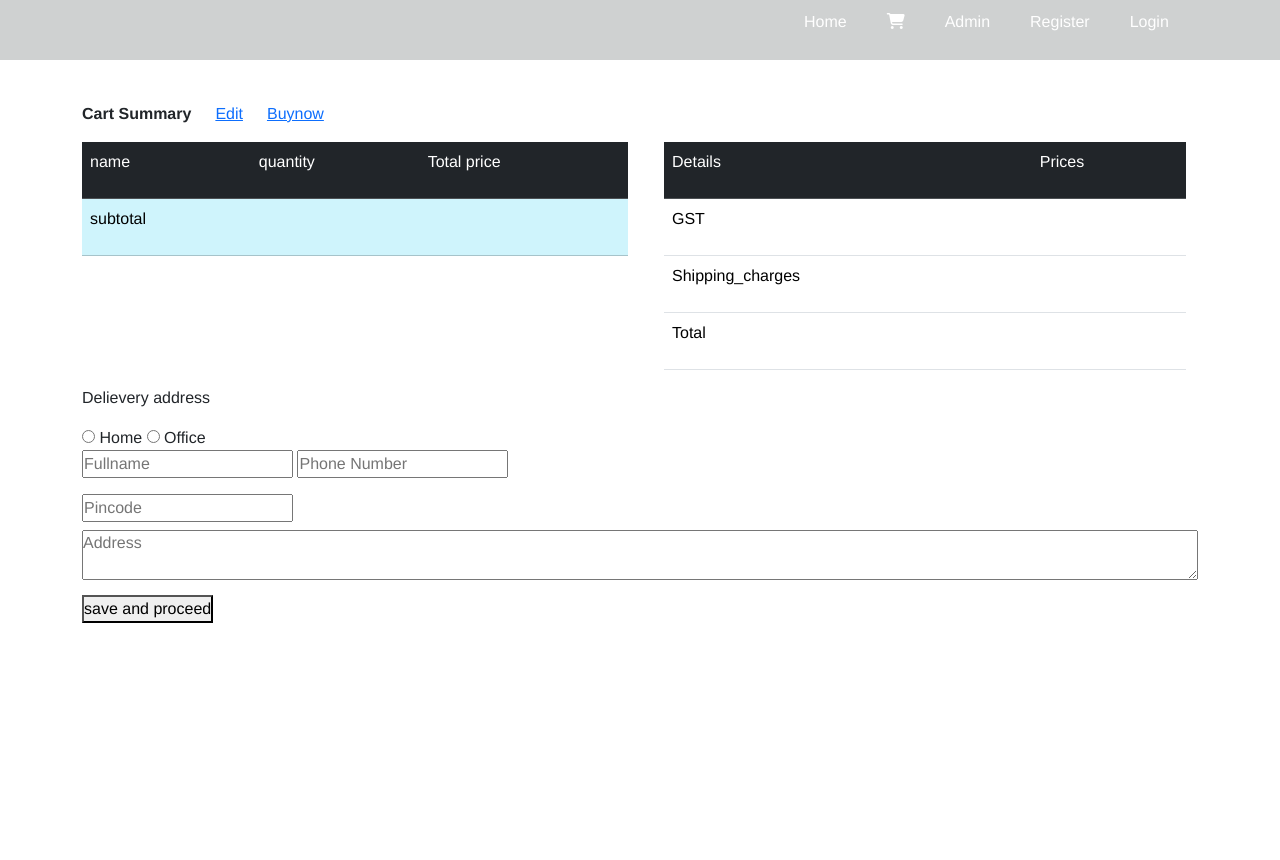
Repository: nagarjunau-dev/Brand
Page: project/login/templates/checkout.html
An editor plug-in stored every save of this project. The page is shown before and after a run of saves, followed by the edit.
The browser window is 1280 px wide. The pictures show the whole page.
The template is drawn by Django 5.2. The application's start-up code is not run. Other server files are loaded and not shown. The template is opened directly, without the code that normally fills it, so the values that code supplies are empty.

Above is the page before, as saved 2025-06-17 17:18:35.
Console error: TypeError: Cannot set properties of null (setting 'onclick')

### project/login/templates/checkout.html
{% extends "main.html" %}
{% load static %}
{% block content %}
<div class="container" style="height:100vh;margin:70px 0;">
    <div class="row mt-4">
        <div class="col mt-2">
            <div class="d-flex ">
            <p><b>Cart Summary</b></p>
            <a class='px-4'href="{% url "cart" %}">Edit</a>
            <a href="{% url "buynow" %}">Buynow</a>
            </div>
            <table class="table">
                <tr class="table-dark">
                    <td><p>name</p></td>
                    <td><p>quantity</p></td>
                    <td><p>Total price</p></td>
                </tr>
            {% for product in cart_products  %}
                <tr>
                    <td><p>{{product.name}}</p></td>
                    <td><p>{{product.quantity}}</p></td>
                    <td><p>{{product.total_price}}</p></td>
                </tr>
            {% endfor %}
            <tfoot class="table-info">
                <td><p>subtotal</p></td>
                <td><p>{{total_quantity}}</p></td>
                <td><p>{{product_total}}</p></td>
            </tfoot>
            </table>
        </div>
        <div class="col">
            <div class="container-fluid mt-5">
                <table class="table table-responsive ">
                    <tr class="table-dark">
                        <td><p>Details</p></td>
                        <td><p>Prices</p></td>
                    </tr>
                    {% for i in cart_products  %}
                        <tr>
                            <td><p>{{i.gst}}</p></td>
                            <td><p>{{i.total}}</p></td>
                        </tr>
                    {% endfor %}
                        <tr>
                            <td><p>GST</p></td>
                            <td><p>{{gst_amt|floatformat:2}}</p></td>
                        </tr>
                        <tr>
                            <td><p>Shipping_charges</p></td>
                            <td><p>{{shipping_charges}}</p></td>
                        </tr>
                        <tr>
                            <td><p>Total</p></td>
                            <td><p>{{total_price|floatformat:2}}</p></td>
                        </tr>
                </table>
            </div>
        </div>
    </div>
    <div class="col">
            <p>Delievery address</p>
            <form method="POST" class='form'>
                <label>
                    <input type="radio" name="home" value="home" onclick="showFields('home')"> Home
                </label>
                <label>
                    <input type="radio" name="office" value="office" onclick="showFields('office')"> Office
                </label>
                <div class="mb-2" style="width:100%">
                    <input  id="homefield" class="mb-2" type="text" placeholder="Fullname" name="fullname">
                    <input id="homefield" type="tel" pattern="[6-9] {1} [0-9] {9}"placeholder="Phone Number" name="number">
                </div>
                <div class="mb-2">
                    <input  type="pin" placeholder="Pincode" name="pincode">
                </div>
                <div class="mb-2" style="width:100%">
                    <textarea style="width:100%" name="address" placeholder="Address"></textarea>
                </div>
                <div>
                    <button type="submit">save and proceed</button>
                </div>
            </form>
    </div>
</div>
{% endblock content %}

### project/templates/main.html
{% load static %}

<!DOCTYPE html>
<html lang="en">
<head>
    <meta charset="UTF-8">
    <meta name="viewport" content="width=device-width, initial-scale=1.0">
    <title>Login</title>
    {% comment %} <link rel="stylesheet" href="{% static "css/style.css" %}">
    <link rel="stylesheet" href="{% static "css/reg.css" %}">  {% endcomment %}
    <link rel="stylesheet" href="{% static "css/nav.css" %}">
    <link rel="stylesheet" href="https://cdnjs.cloudflare.com/ajax/libs/font-awesome/6.7.2/css/all.min.css" integrity="sha512-Evv84Mr4kqVGRNSgIGL/F/aIDqQb7xQ2vcrdIwxfjThSH8CSR7PBEakCr51Ck+w+/U6swU2Im1vVX0SVk9ABhg==" crossorigin="anonymous" referrerpolicy="no-referrer" />
    <link href="https://cdn.jsdelivr.net/npm/bootstrap@5.3.6/dist/css/bootstrap.min.css" rel="stylesheet" integrity="sha384-4Q6Gf2aSP4eDXB8Miphtr37CMZZQ5oXLH2yaXMJ2w8e2ZtHTl7GptT4jmndRuHDT" crossorigin="anonymous">
    {% block extra_css %}{% endblock extra_css %}
    {% block title %}
    <title>Shopping mart 24/7 -home</title>
    {% endblock title %}
</head>
<body>
    {% include "navbar.html" %}
    {% block content %}

    {% endblock content %}
    <script src="https://cdn.jsdelivr.net/npm/bootstrap@5.3.6/dist/js/bootstrap.min.js"></script>
    <script src="{% static "js/script.js" %}"></script>

</body>
</html>

### project/templates/navbar.html
{% load static %}

<nav>
    <div class="container">
        <ul class="nav-links">
            <li><a href="{% url "home" %}">Home</a></li>
            <li><a href="{% url "cart" %}"><i class="fa-solid fa-cart-shopping"></i><sup>{{count}}</sup></a></li>
            <li><a href="{% url "admin" %}">Admin</a></li>
            {% if request.user.is_authenticated %}
                <li><a id="logout" href="{% url "logout" %}">logout</a></li>
                <li><a id="logout" href="{% url "profile" %}"><i class="fa-solid fa-user" style='class:black'></i></a></li>

            {% else %}
            <li><a  href="{% url "register" %}">Register</a></li>
            <li><a href="{% url "login" %}">Login</a></li>
            {% endif %}
        </ul>
    </div>
</nav>

### project/static/css/nav.css
*{
    margin: 0;
    padding: 0;
    box-sizing: border-box;
    font-family:'Franklin Gothic Medium', 'Arial Narrow', Arial, sans-serif;
}

body{
    display: flex;
    justify-content: center;
    align-items: center;
    min-height: 100vh;
    background:whitesmoke;
}
nav {
    display: flex;
    background-color: rgba(160,164,164,0.5);
    align-items: center;
    padding: 10px 20px 10px 0px;
    position: fixed;
    top: 0px;
    width: 100%;
}
.container {
    width: 10rem;
    margin-left: 30px;
}
.nav-links{
    display: flex;
    list-style-type: none;
    margin-left: 700px;
    gap: 40px;
}
.nav-links a{
    text-decoration: none;
    color: white;
}

### project/static/js/script.js
let logoutbtn = document.getElementById('logout')
logoutbtn.onclick = (e)=>{
    let bool = confirm('Are u sure?')
    if(!bool){
        e.preventDefault()
    }
}

let cartdelbtn = document.getElementsByClassName('dele-btn')
for (let i of cartdelbtn) {
    i.onclick = (e) =>{
        let bool = confirm('delete a product ?')
        if(!bool){
            e.preventDefault()
        }
    }

}

function showFields() {
    const selected = document.getElementById('paymentMethod').value;

    // Hide all sections first
    document.getElementById('creditFields').style.display = 'none';
    document.getElementById('paypalFields').style.display = 'none';
    document.getElementById('upiFields').style.display = 'none';

    // Show selected one
    if (selected === 'credit') {
        document.getElementById('creditFields').style.display = 'block';
    } else if (selected === 'paypal') {
        document.getElementById('paypalFields').style.display = 'block';
    } else if (selected === 'upi') {
        document.getElementById('upiFields').style.display = 'block';
    }
}

function showFields(method) {
    // Hide all fields first
    document.getElementById('homefield').style.display = 'none';
    document.getElementById('officefield').style.display = 'none';

    // Show selected method's fields
    if (method === 'home') {
        document.getElementById('homefield').style.display = 'block';
    } else if (method === 'office') {
        document.getElementById('officefield').style.display = 'block';
    }
}

After the next 2 saves:
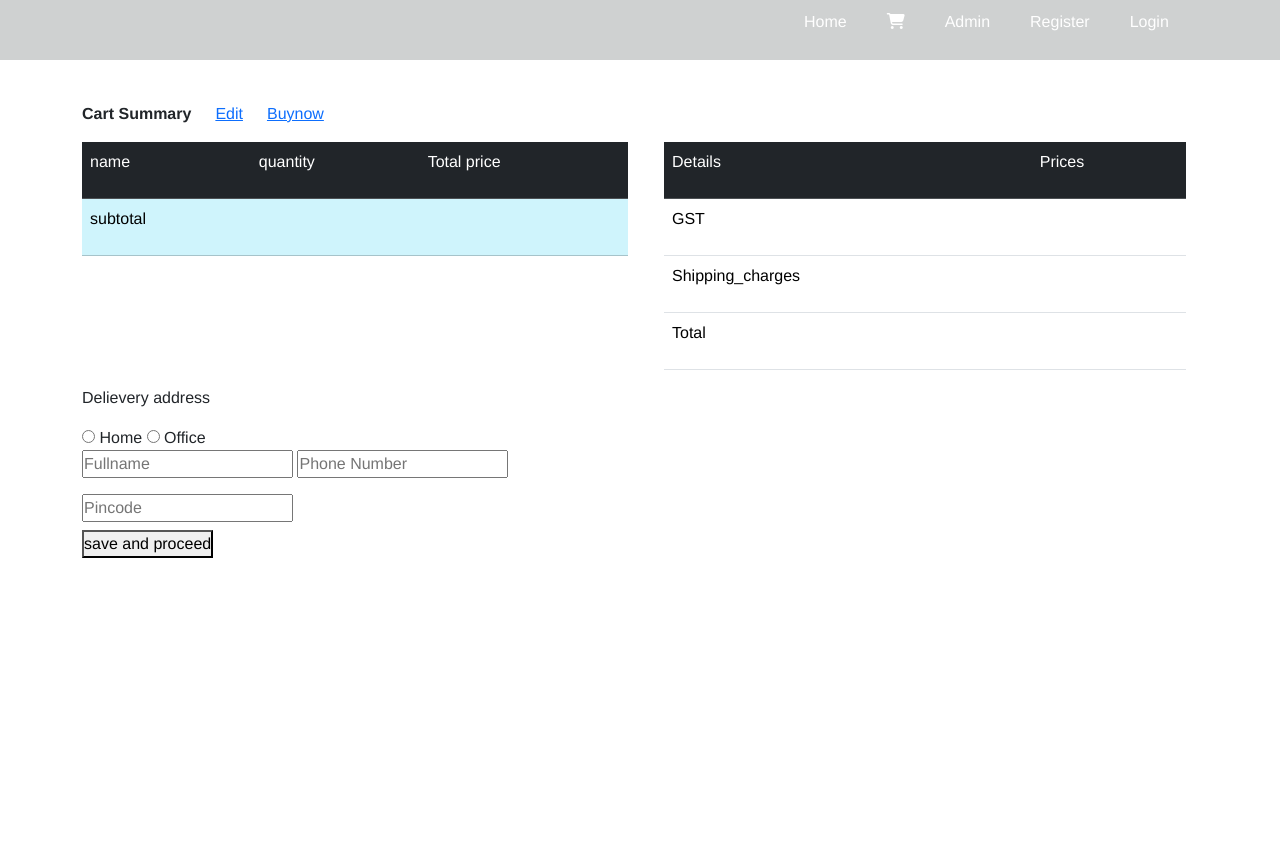
The 2 saves are shown as one change because they came seconds apart.
The last was saved 8 s later.
--- a/project/login/templates/checkout.html
+++ b/project/login/templates/checkout.html
@@ -72,10 +72,10 @@
                     <input id="homefield" type="tel" pattern="[6-9] {1} [0-9] {9}"placeholder="Phone Number" name="number">
                 </div>
                 <div class="mb-2">
-                    <input  type="pin" placeholder="Pincode" name="pincode">
+                    <input id="homefield" type="pin" placeholder="Pincode" name="pincode">
                 </div>
                 <div class="mb-2" style="width:100%">
-                    <textarea style="width:100%" name="address" placeholder="Address"></textarea>
+                    <textareaid="homefield" style="width:100%" name="address" placeholder="Address"></textarea>
                 </div>
                 <div>
                     <button type="submit">save and proceed</button>

After the save that followed:
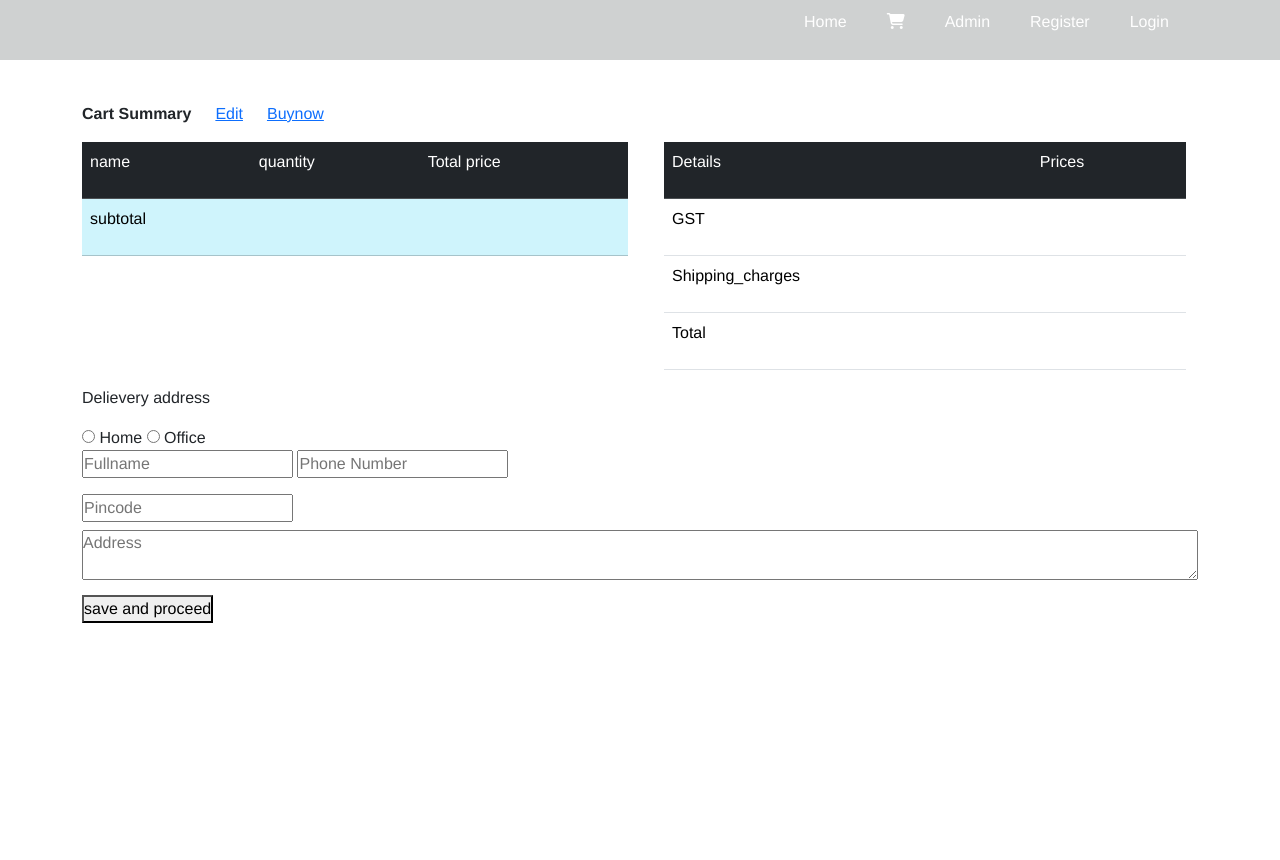
Saved 4 s later.
--- a/project/login/templates/checkout.html
+++ b/project/login/templates/checkout.html
@@ -75,7 +75,7 @@
                     <input id="homefield" type="pin" placeholder="Pincode" name="pincode">
                 </div>
                 <div class="mb-2" style="width:100%">
-                    <textareaid="homefield" style="width:100%" name="address" placeholder="Address"></textarea>
+                    <textarea id="homefield" style="width:100%" name="address" placeholder="Address"></textarea>
                 </div>
                 <div>
                     <button type="submit">save and proceed</button>
